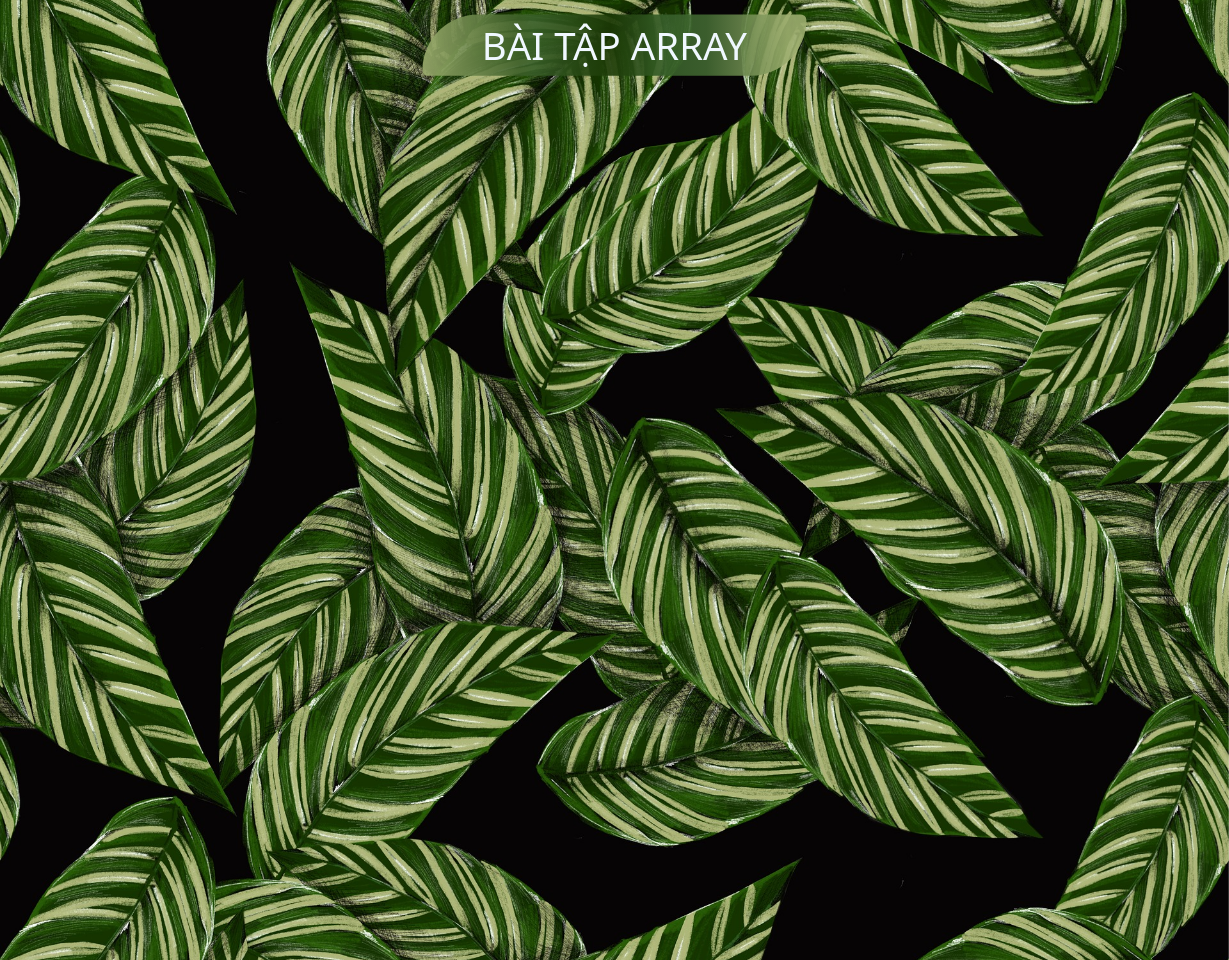
Repository: hcozyph/TranHuuPhuoc_BC43_BT_JS_Buoi7_8_ARRAY
Page: index.html
An editor plug-in stored every save of this project. The page is shown before and after the next save, followed by the edit.
The browser window is 1280 px wide. The pictures show the whole page, at 96% of full size.

Above is the page before, as saved 2023-02-20 21:34:33.

### index.html
<!DOCTYPE html>
<html lang="en">
    <head>
        <title>BT Array</title>
        <!-- Required meta tags -->
        <meta charset="utf-8" />
        <meta
            name="viewport"
            content="width=device-width, initial-scale=1, shrink-to-fit=no"
        />

        <!-- Bootstrap CSS v5.2.1 -->
        <link
            href="https://cdn.jsdelivr.net/npm/bootstrap@5.2.1/dist/css/bootstrap.min.css"
            rel="stylesheet"
            integrity="sha384-iYQeCzEYFbKjA/T2uDLTpkwGzCiq6soy8tYaI1GyVh/UjpbCx/TYkiZhlZB6+fzT"
            crossorigin="anonymous"
        />

        <!-- index.css -->
        <link rel="stylesheet" href="./css/index.css" />
    </head>

    <body>
        <div class="container">
            <div class="bt-array-title">
                <h1 class="text-center py-2">BÀI TẬP ARRAY</h1>
            </div>

            <div class="bt-array-content">
                <div class="bt1"></div>
            </div>
        </div>

        <!-- Bootstrap JavaScript Libraries -->
        <script
            src="https://cdn.jsdelivr.net/npm/@popperjs/core@2.11.6/dist/umd/popper.min.js"
            integrity="sha384-oBqDVmMz9ATKxIep9tiCxS/Z9fNfEXiDAYTujMAeBAsjFuCZSmKbSSUnQlmh/jp3"
            crossorigin="anonymous"
        ></script>

        <script
            src="https://cdn.jsdelivr.net/npm/bootstrap@5.2.1/dist/js/bootstrap.min.js"
            integrity="sha384-7VPbUDkoPSGFnVtYi0QogXtr74QeVeeIs99Qfg5YCF+TidwNdjvaKZX19NZ/e6oz"
            crossorigin="anonymous"
        ></script>

        <!-- method.js -->
        <link rel="stylesheet" href="./js/method.js" />

        <!-- index.js -->
        <script src="./js/index.js"></script>
    </body>
</html>

### css/index.css
* {
    margin: 0;
    padding: 0;
    box-sizing: border-box;
}

.container {
    margin: 0 auto;
    max-width: 1440px;

    background-image: url(../img/2.jpg);
    background-size: cover;
    background-position: center;
    background-repeat: no-repeat;

    height: 1000px;
    padding-top: 15px;
}

.bt-array-title {
    display: block;
    margin: 0 auto;
    width: 400px;
    border-radius: 80px 8px 80px 8px;

    font-size: 40px;
    font-weight: 700;
    /* background-color: red; */
    color: aliceblue;
    background: rgb(156, 173, 110);
    background: linear-gradient(
        90deg,
        rgba(156, 173, 110, 0.9) 0%,
        rgba(156, 173, 110, 0.9) 0%,
        rgba(60, 94, 39, 0.9) 25%,
        rgba(56, 94, 40, 0.9) 29%,
        rgba(27, 57, 5, 0.9) 49%,
        rgba(54, 94, 41, 0.9) 63%,
        rgba(65, 103, 49, 0.9) 74%,
        rgba(156, 173, 110, 0.9) 95%
    );
}

/* .bt-array-content {
} */

Loaded but not shown: js/index.js (no copy from this time; the picture is the same without it); js/method.js (no stored copy; drawn as an empty file)

After the next save:
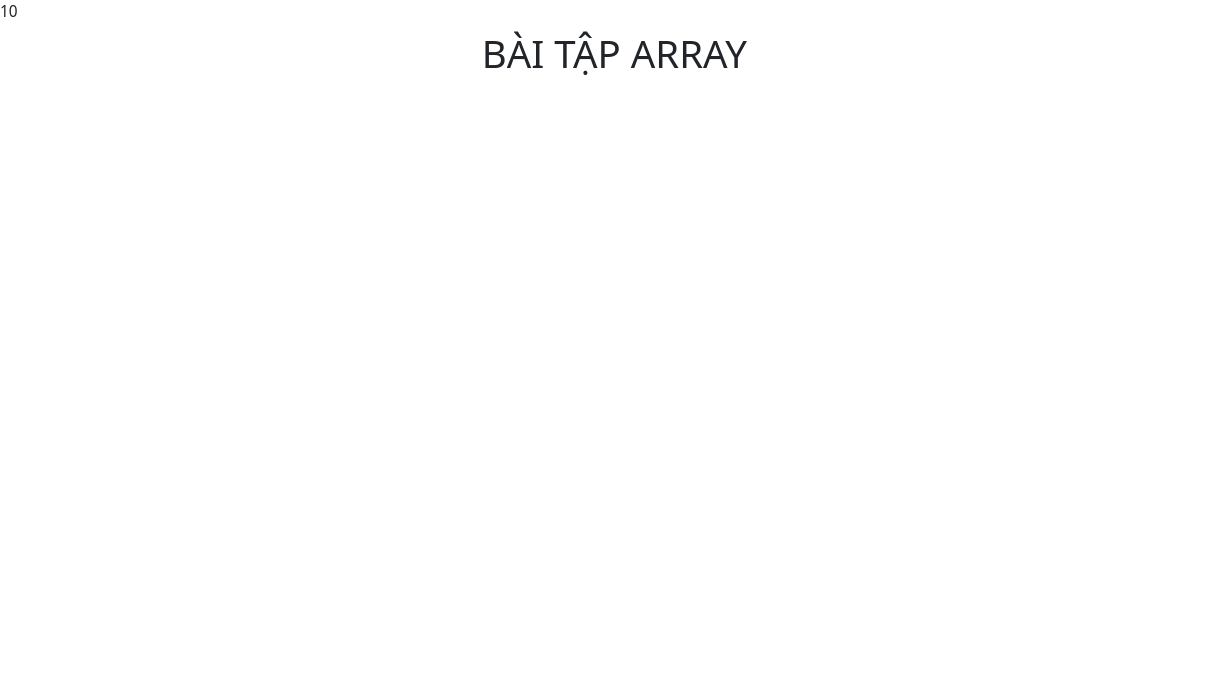
Saved 12 s later.
--- a/index.html
+++ b/index.html
@@ -18,7 +18,7 @@
         />
 
         <!-- index.css -->
-        <link rel="stylesheet" href="./css/index.css" />
+        10
     </head>
 
     <body>

After the 2 saves that followed:
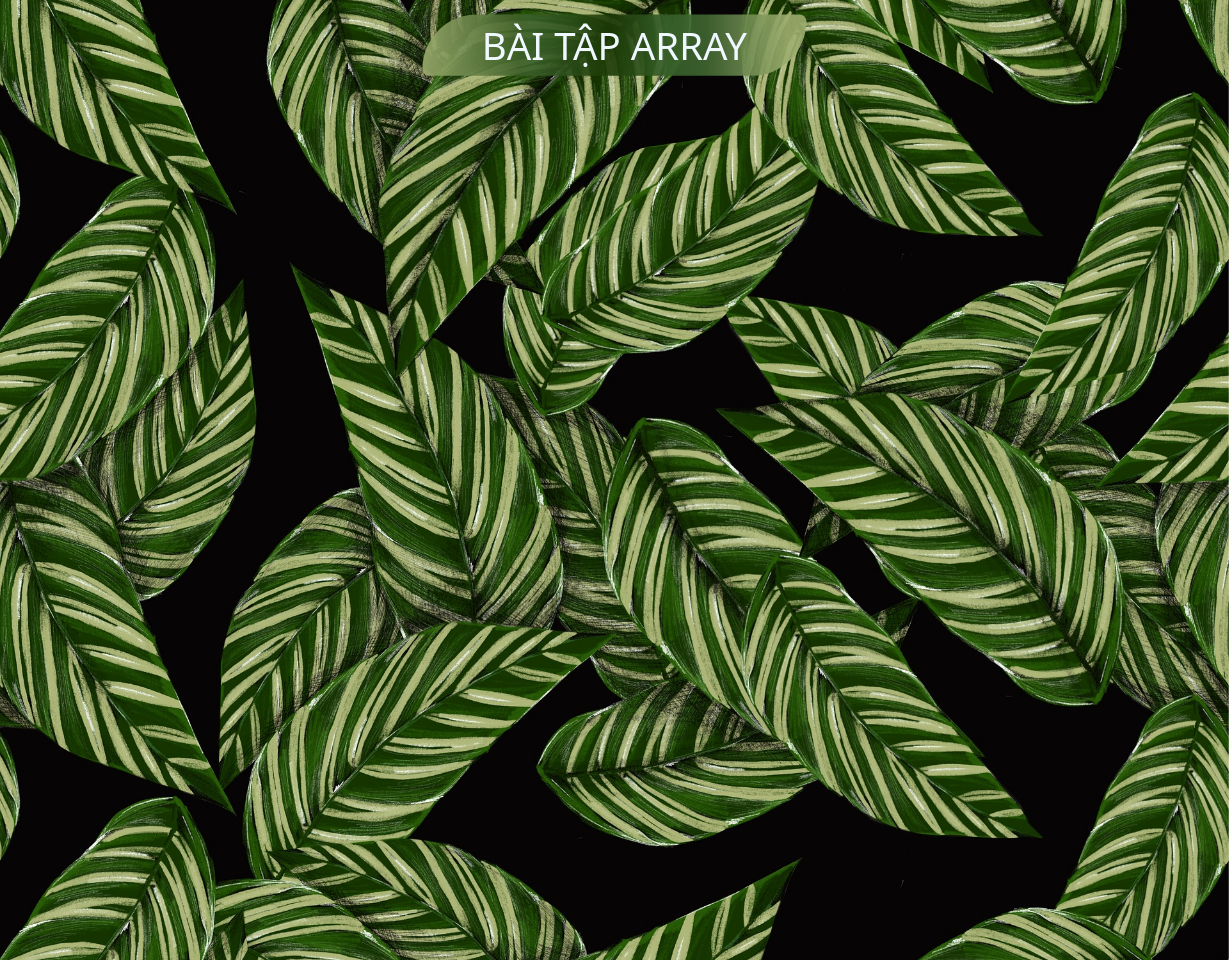
The 2 saves are shown as one change because 1 left the picture as it was.
The last was saved 40 s later.
--- a/index.html
+++ b/index.html
@@ -18,7 +18,7 @@
         />
 
         <!-- index.css -->
-        10
+        <link rel="stylesheet" href="./css/index.css" />
     </head>
 
     <body>
--- a/css/index.css
+++ b/css/index.css
@@ -21,7 +21,7 @@
     display: block;
     margin: 0 auto;
     width: 400px;
-    border-radius: 80px 8px 80px 8px;
+    border-radius: 80px 10px 80px 10px;
 
     font-size: 40px;
     font-weight: 700;
